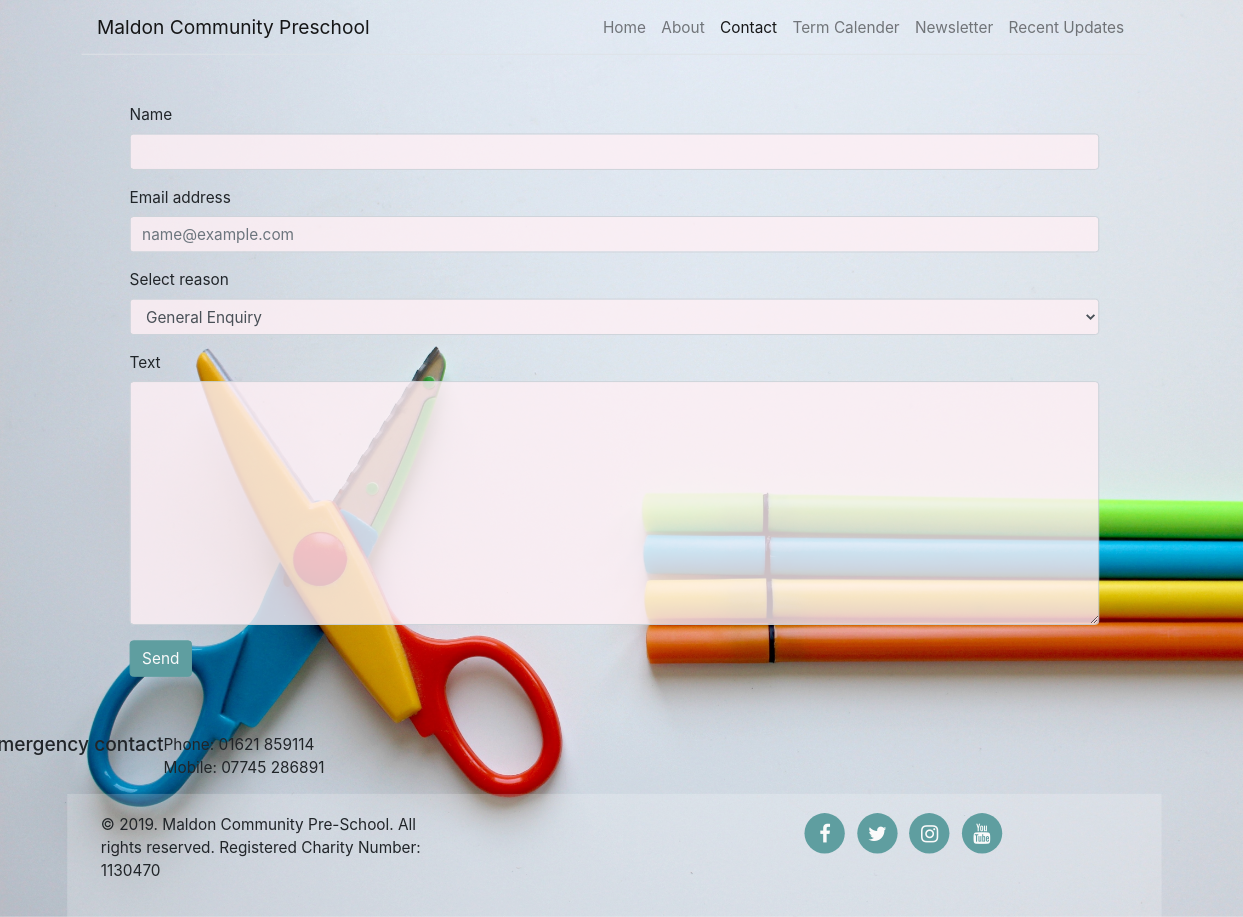
Repository: parkslee/milestone_1
Page: contact.html
The author's editor kept a record of every edit. The page is drawn from the files as they stood at one moment, then again after the next edit.
The browser window is 1280 px wide. The page is 1295 px wide, then 1280 px, so the pictures cover 1295 px, including what lies to the right of the window. The pictures show the whole page, at 96% of full size.
Some web libraries are served in a nearby version.

Above is the page before.

After the next edit:
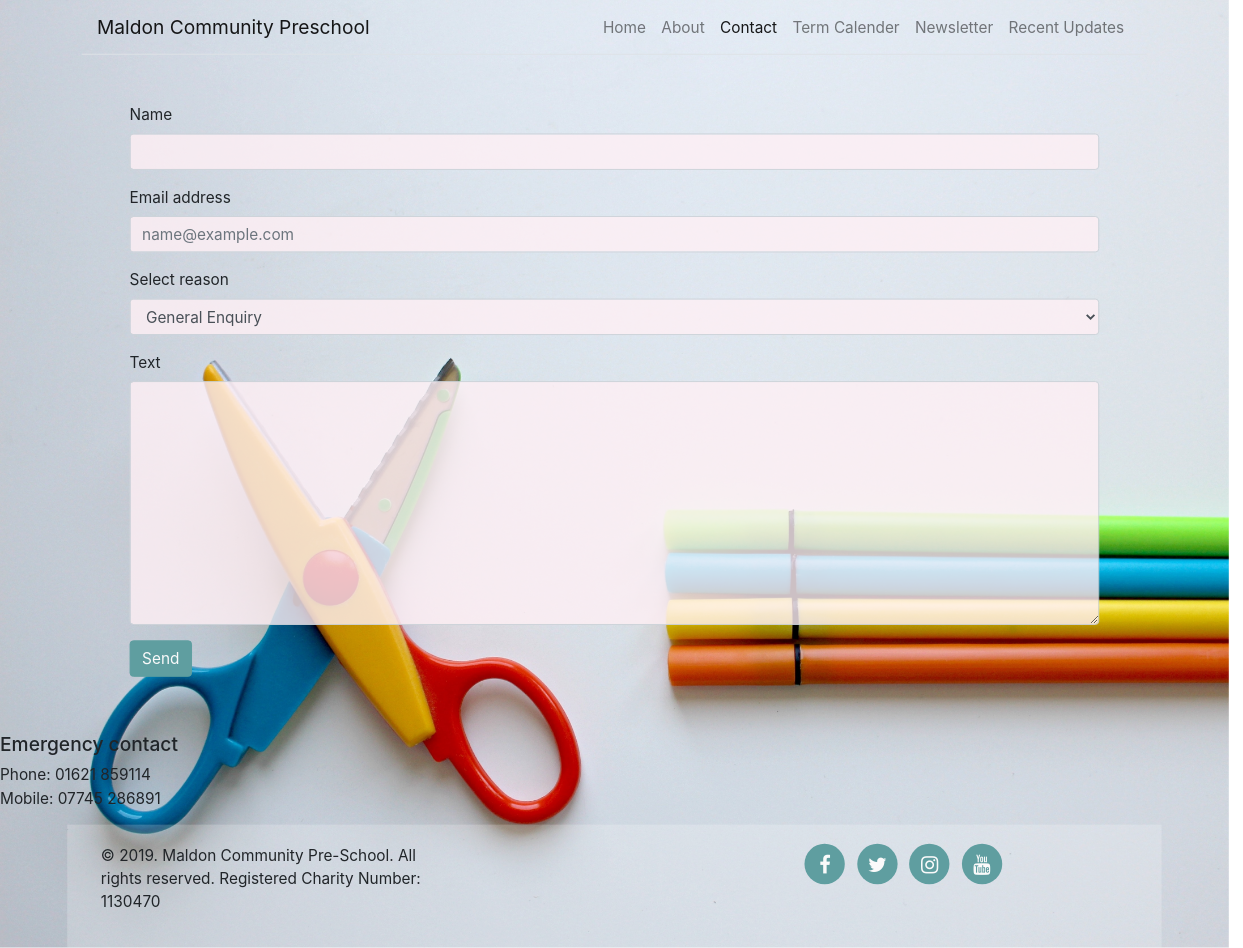
The edit:
--- a/contact.html
+++ b/contact.html
@@ -84,7 +84,7 @@
         </form>
 
     </div>
-    <div class="row">
+    <div class="Emergency">
 
 <h5>Emergency contact</h5>
 <p>Phone: 01621 859114
